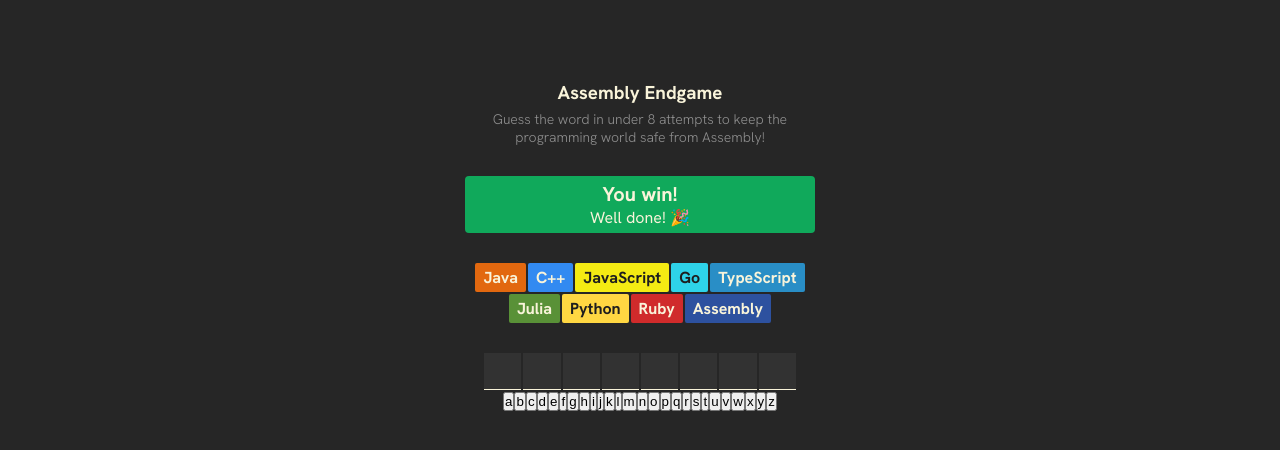
Repository: AchrafAzzaoui/AssemblyEndgame
Page: / (app in assembly-endgame/)
An editor plug-in stored every save of this project. The page is shown before and after the next save, followed by the edit.
The browser window is 1280 px wide. The pictures show the whole page.
The project was rebuilt for these pictures with package versions that can differ from the ones it lists, and the page was loaded fresh each time. Also part of the build but not shown: assembly-endgame/vite.config.js.

Above is the page before, as saved 2024-12-25 15:28:44.

### assembly-endgame/index.html
<!DOCTYPE html>
<html lang="en">
  <head>
    <meta charset="UTF-8" />
    <link rel="icon" type="image/svg+xml" href="/vite.svg" />
    <meta name="viewport" content="width=device-width, initial-scale=1.0" />
    <link
      href="https://fonts.googleapis.com/css2?family=Hanken+Grotesk:wght@300;400;500;600;700&display=swap"
      rel="stylesheet"
    />
    <title>Assembly Endgame</title>
  </head>
  <body>
    <div id="root"></div>
    <script type="module" src="/src/main.jsx"></script>
  </body>
</html>

### assembly-endgame/src/index.css
* {
  margin: 0;
  padding: 0;
  box-sizing: border-box;
}
body {
  font-family: "Hanken Grotesk", sans-serif;
  background-color: #262626;
  color: #d9d9d9;
  padding: 80px 40px;
  height: 100vh;
  display: flex;
  justify-content: center;
}

header {
  text-align: center;
}

.game-title {
  color: #f9f4da;
}
.game-description {
  margin-top: 5px;
  font-weight: 300;
  color: #8e8e8e;
  font-size: 0.875rem;
  max-width: 350px;
}
.game-description,
.game-title {
  text-align: center;
}

/* status */
.game-status {
  width: 100%;
  max-width: 450px;
  background-color: #10a95b;
  color: #f9f4da;
  display: flex;
  flex-direction: column;
  justify-content: space-evenly;
  align-items: center;
  padding: 5px 20px;
  margin: 20px 0;
  border-radius: 4px;
  margin-block: 30px;
}

.game-status h2 {
  font-size: 1.25rem;
  /* margin: 5px; */
}

/* language tags */
.language-tags-container {
  display: flex;
  justify-content: center;
  flex-wrap: wrap;
  gap: 2px;
  max-width: 350px;
}

.language-tag {
  padding: 0.25rem 0.5rem;
  border-radius: 2px;
}

main {
  width: 100%;
  max-width: 600px;
  display: flex;
  flex-direction: column;
  align-items: center;
}

/* letter tiles and word container*/

.word-display {
  width: 100%;
  max-width: 350px;
  display: flex;
  gap: 2px;
  justify-content: center;
  align-items: center;
  margin-top: 30px;
}

.letter-tile {
  background-color: #323232;
  color: #fff;
  padding: 0rem 1rem;
  border-bottom: 1px solid #f9f4da;
  min-width: 2rem;
  text-align: center;
  font-size: 1.25rem;
  aspect-ratio: 1/1;
}

### assembly-endgame/src/App.jsx
import { useState } from "react";
import Status from "./components/Status.jsx";
import LanguageTags from "./components/LanguageTags.jsx";
import WordDisplay from "./components/WordDisplay.jsx";
import Keyboard from "./components/Keyboard.jsx";

export default function App() {
  const [currentWord, setCurrentWord] = useState("");

  return (
    <main>
      <header>
        <h3 className="game-title">Assembly Endgame</h3>
        <p className="game-description">
          Guess the word in under 8 attempts to keep the programming world safe
          from Assembly!
        </p>
      </header>
      <Status />
      <LanguageTags />
      <WordDisplay currentWord={currentWord} correctWord={"REFACTOR"} />
      <Keyboard />
    </main>
  );
}

### assembly-endgame/src/components/Status.jsx
import { useState } from "react";

export default function Status() {
  return (
    <div className="game-status">
      <h2>You win!</h2>
      <p>Well done! 🎉</p>
    </div>
  );
}

### assembly-endgame/src/components/LanguageTags.jsx
import { useState } from "react";
import { languages } from "../data/languages.js";

export default function LanguageTags() {
  const languageTags = languages.map((language) => {
    const { name, backgroundColor, color } = language;
    return (
      <div
        className="language-tag"
        style={{ backgroundColor: backgroundColor, color: color }}
      >
        <h4>{name}</h4>
      </div>
    );
  });
  return <div className="language-tags-container">{languageTags}</div>;
}

### assembly-endgame/src/components/WordDisplay.jsx
import { useState } from "react";

export default function WordDisplay({ currentWord, correctWord }) {
  const currWordLetters = currentWord
    .split("")
    .map((letter) => letter.toUpperCase());
  const correctWordLetters = correctWord
    .split("")
    .map((letter) => letter.toUpperCase());

  const letterTiles = correctWordLetters.map((letter, index) => {
    return (
      <span className="letter-tile" key={index}>
        {currWordLetters[index] || "\u00A0"}
      </span>
    );
  });
  return <div className="word-display">{letterTiles}</div>;
}

### assembly-endgame/src/components/Keyboard.jsx
export default function Keyboard() {
  const letters = "abcdefghijklmnopqrstuvwxyz".split("");
  const letterButtons = letters.map((letter) => {
    return (
      <button key={letter} className="letter-button">
        {letter}
      </button>
    );
  });
  return <div className="keyboard">{letterButtons}</div>;
}

### assembly-endgame/src/data/languages.js
export const languages = [
  {
    name: "Java",
    backgroundColor: "#E2680F",
    color: "#F9F4DA",
  },
  {
    name: "C++",
    backgroundColor: "#328AF1",
    color: "#F9F4DA",
  },
  {
    name: "JavaScript",
    backgroundColor: "#F4EB13",
    color: "#1E1E1E",
  },
  {
    name: "Go",
    backgroundColor: "#2ED3E9",
    color: "#1E1E1E",
  },
  {
    name: "TypeScript",
    backgroundColor: "#298EC6",
    color: "#F9F4DA",
  },
  {
    name: "Julia",
    backgroundColor: "#599137",
    color: "#F9F4DA",
  },
  {
    name: "Python",
    backgroundColor: "#FFD742",
    color: "#1E1E1E",
  },
  {
    name: "Ruby",
    backgroundColor: "#D02B2B",
    color: "#F9F4DA",
  },
  {
    name: "Assembly",
    backgroundColor: "#2D519F",
    color: "#F9F4DA",
  },
];

Loaded but not shown: assembly-endgame/src/main.jsx (common file)

After the next save:
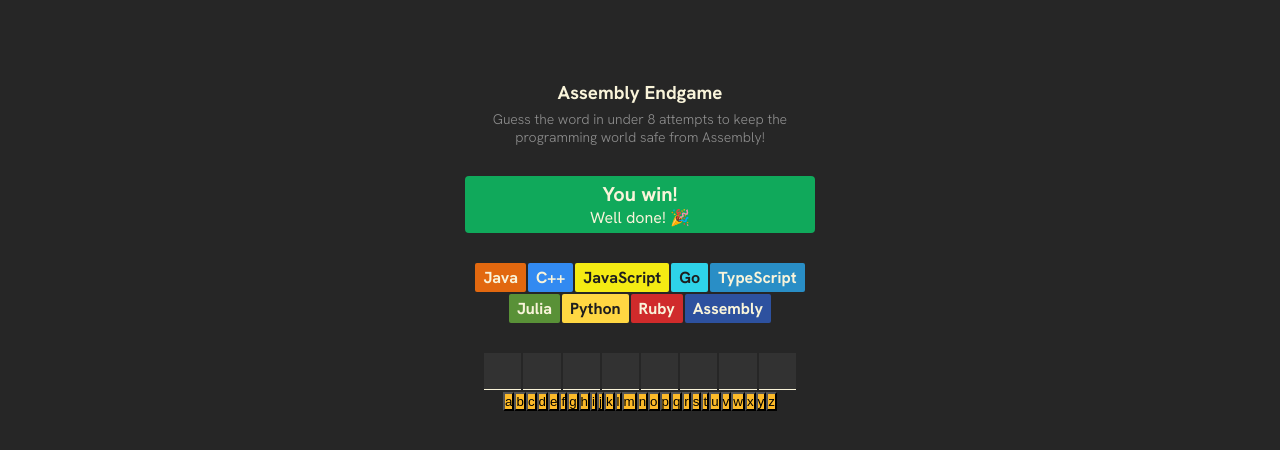
Saved 70 s later.
--- a/assembly-endgame/src/index.css
+++ b/assembly-endgame/src/index.css
@@ -97,3 +97,11 @@
   font-size: 1.25rem;
   aspect-ratio: 1/1;
 }
+
+/* keyboard and letter buttons */
+.keyboard {
+}
+
+.letter-button {
+  background-color: #fcba29;
+}
